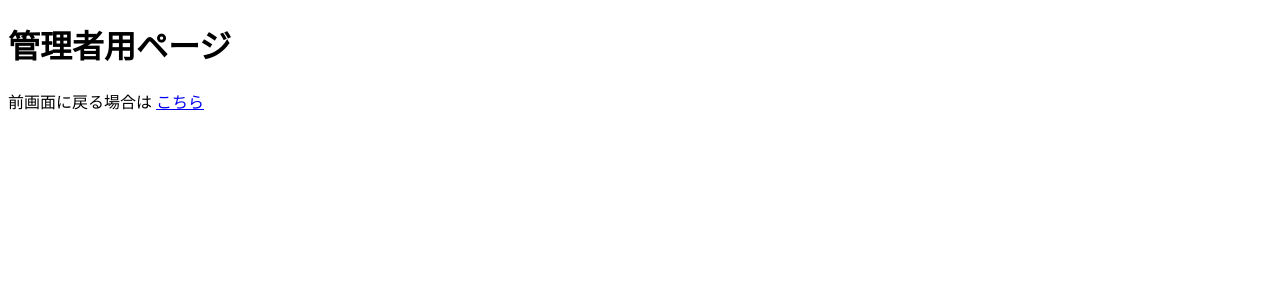
Repository: MurayamaMura/ecsite
Page: http://localhost/ecsite/managerLogin.jsp
The author's editor kept a copy of each file at every save. The page is drawn from the files as they stood at one save, then again after the next save.
The browser window is 1280 px wide. The pictures show the whole page.
The page is served by Tomcat 9. Other server files are loaded and not shown.

Above is the page before, as saved 2018-08-03 04:13:01.

### ecsite/WebContent/managerLogin.jsp
<%@ page language="java" contentType="text/html; charset=UTF-8"
    pageEncoding="UTF-8"%>
<%@ taglib prefix="s" uri="/struts-tags" %>
<!DOCTYPE html PUBLIC "-//W3C//DTD HTML 4.01 Transitional//EN" "http://www.w3.org/TR/html4/loose.dtd">
<html>
<head>
<meta http-equiv="Content-Type" content="text/html; charset=UTF-8" />
<meta http-equiv="Content-Style-Type" content="text/css" />
<title>ManagerPage</title>
</head>
<body>
<h1>管理者用ページ</h1>
<div id="header">
		<div id="pr"></div>
	</div>
	<div id="main">
		<div id="top">
<!--  		<p>ItemCreate</p>
		</div>
		<div>
			<s:if test="errorMassage !=''">
				<s:property value="errorMassage" escape="false" />
			</s:if>
			<table>
			<s:form action="AddItemConfirmAction">
				<tr>
					<td>
						<label>商品名：</label>
					</td>
					<td>
						<input type="text" name="itemName" value="" />
					</td>
				</tr>
				<tr>
					<td>
						<label>価格：</label>
					</td>
					<td>
						<input type="text" name="itemPrice" value=""/>
					</td>
				</tr>
				<tr>
					<td>
						<label>在庫数：</label>
					</td>
					<td>
						<input type="text" name="itemStock" value=""/>
					</td>
				</tr>
				<s:submit value="登録"/>
			</s:form>
			</table>

			<div>
-->
				<span>前画面に戻る場合は</span>
				<a href='<s:url action="HomeAction"/>'>こちら</a>
			</div>
		</div>
	</div>
	<div id="footer">
	<div id="pr">
	</div>
</div>
</body>
</html>

After the next save:
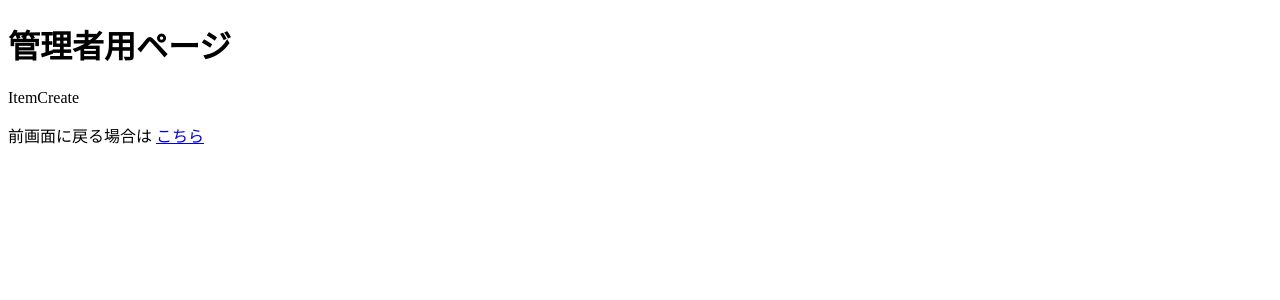
Saved 62 s later.
--- a/ecsite/WebContent/managerLogin.jsp
+++ b/ecsite/WebContent/managerLogin.jsp
@@ -15,9 +15,9 @@
 	</div>
 	<div id="main">
 		<div id="top">
-<!--  		<p>ItemCreate</p>
+  		<p>ItemCreate</p>
 		</div>
-		<div>
+<!--		<div>
 			<s:if test="errorMassage !=''">
 				<s:property value="errorMassage" escape="false" />
 			</s:if>

After the save that followed:
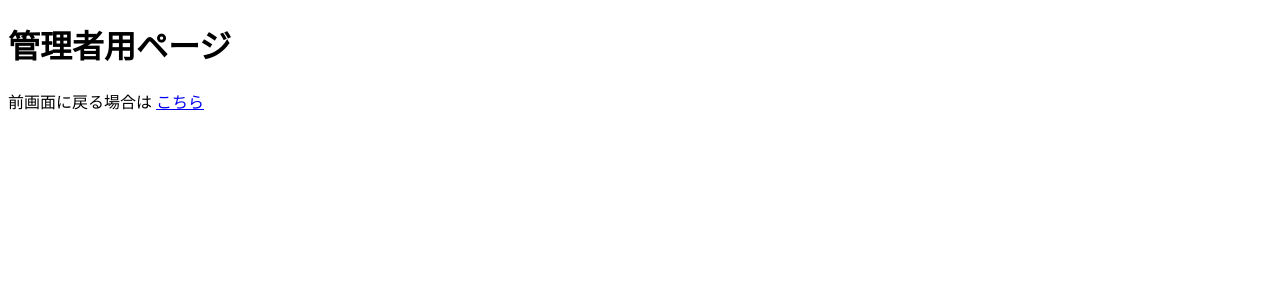
Saved 3 min 9 s later.
--- a/ecsite/WebContent/managerLogin.jsp
+++ b/ecsite/WebContent/managerLogin.jsp
@@ -15,9 +15,9 @@
 	</div>
 	<div id="main">
 		<div id="top">
-  		<p>ItemCreate</p>
+ <!-- 		<p>ItemCreate</p>
 		</div>
-<!--		<div>
+		<div>
 			<s:if test="errorMassage !=''">
 				<s:property value="errorMassage" escape="false" />
 			</s:if>
@@ -50,14 +50,14 @@
 				<s:submit value="登録"/>
 			</s:form>
 			</table>
+-->
+			<div>
 
-			<div>
--->
 				<span>前画面に戻る場合は</span>
 				<a href='<s:url action="HomeAction"/>'>こちら</a>
 			</div>
-		</div>
-	</div>
+
+
 	<div id="footer">
 	<div id="pr">
 	</div>
